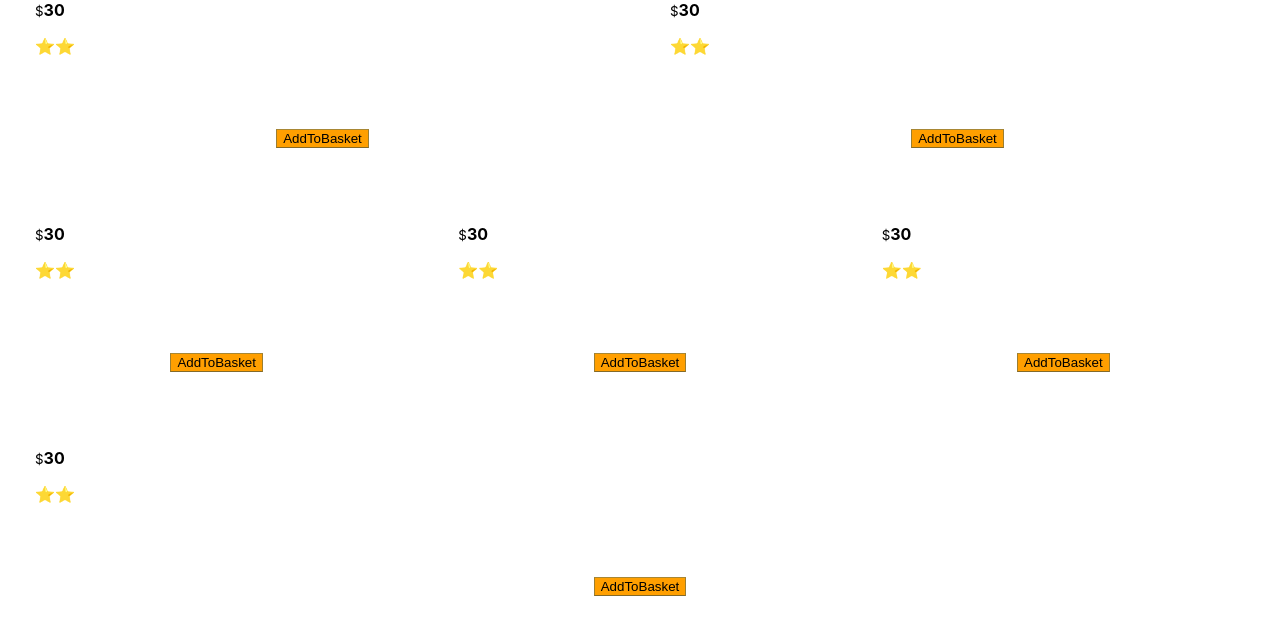
Repository: sandeepreddyvitta/react
Page: / (app in eshop/)
These files come from the project's save history. The page is drawn as it stood at one moment and after the next save; the edit follows.
The browser window is 1280 px wide. The pictures show the part of the page from y = 460 to 1386 px (the page is 1086 px tall before and 1386 px after).
The project was rebuilt for these pictures with package versions that can differ from the ones it lists, and the page was loaded fresh each time.

Above is the page before, as saved 2022-12-02 10:32:39.

After the next save:
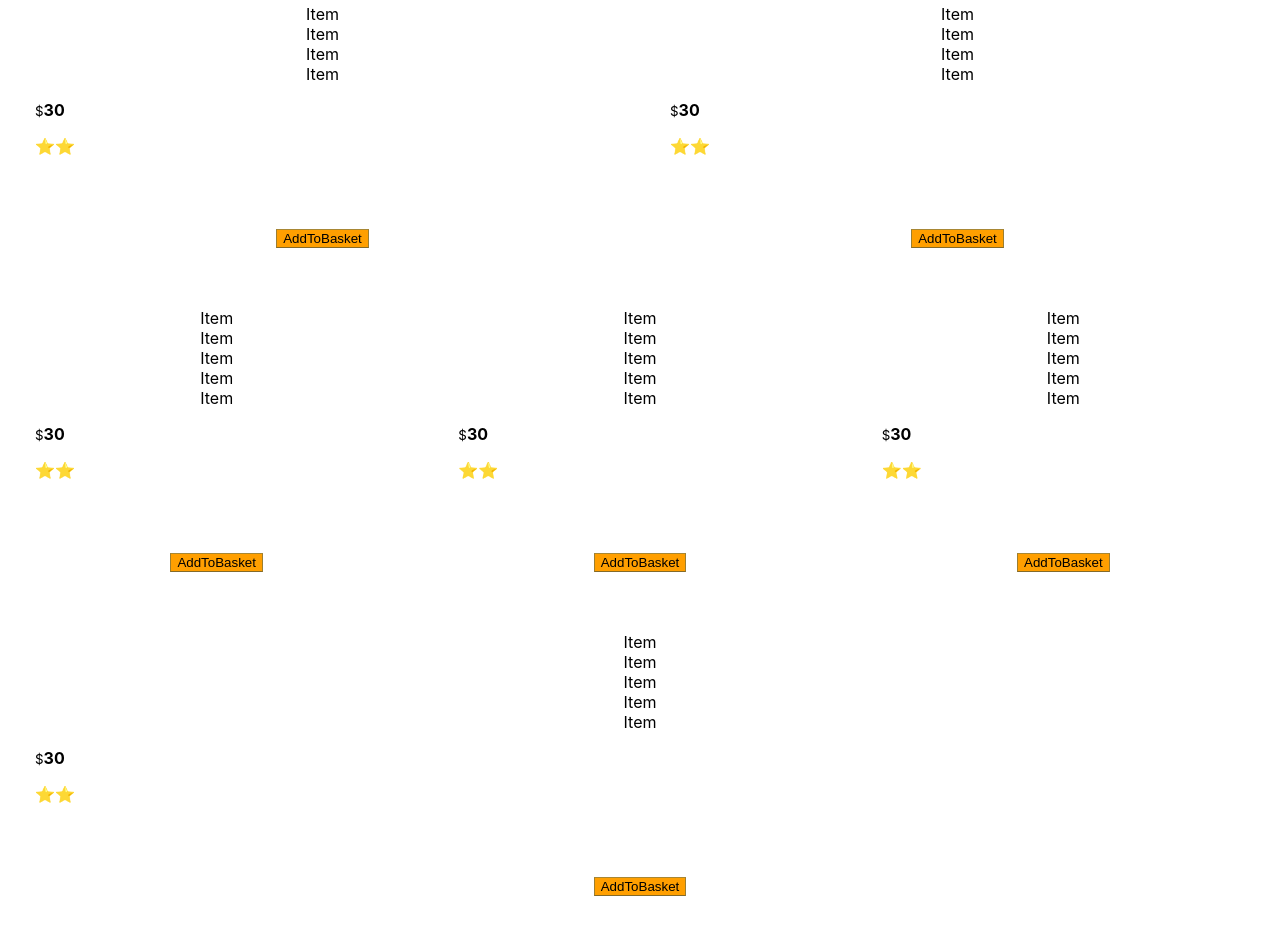
Saved 65 s later.
--- a/eshop/src/components/products/Product.js
+++ b/eshop/src/components/products/Product.js
@@ -1,3 +1,4 @@
+import AllProducts from '../items/AllProducts'
 import './product.scss'
 
 const Product = () => {
@@ -30,7 +31,11 @@
     ]
     return (
         <div className='product'>
-
+            {items.map(item =>
+                <AllProducts key={item.id}
+                    title={item.title}
+                    img={item.img}
+                />)}
             <div className='productInfo'>
                 <p></p>
                 <p className='productPrice'>
